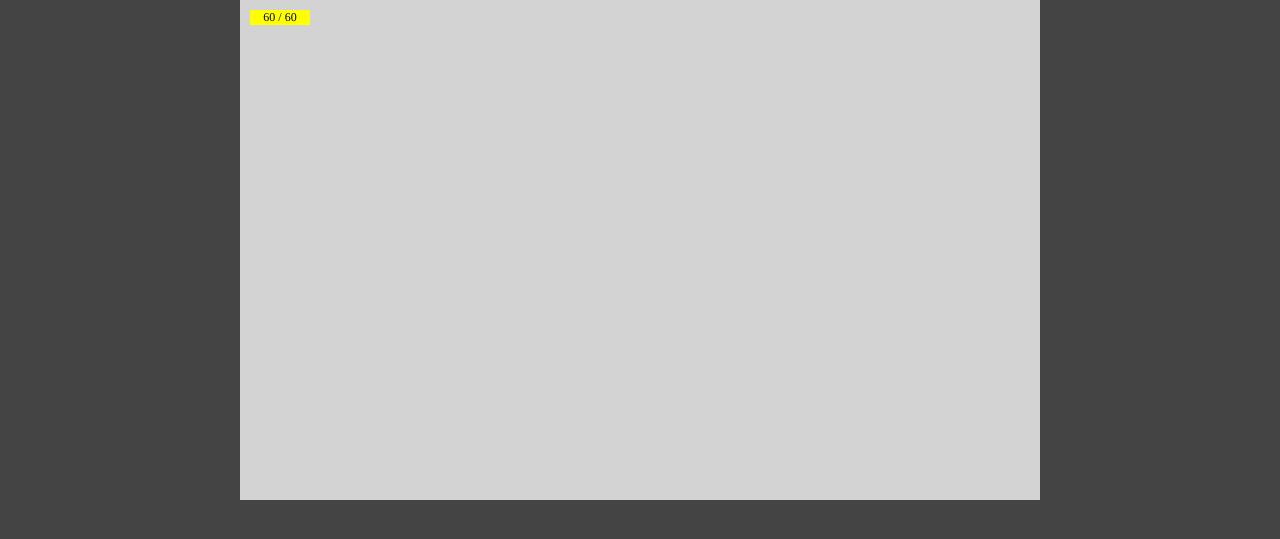
Repository: StevenZsombo/games
Page: docs/batteries/batteries.html
These files come from the project's save history. The page is drawn as it stood at one moment and after the next save; the edit follows.
The browser window is 1280 px wide. The pictures show the whole page.

Above is the page before, as saved 2025-07-04 08:39:17.

After the next save:
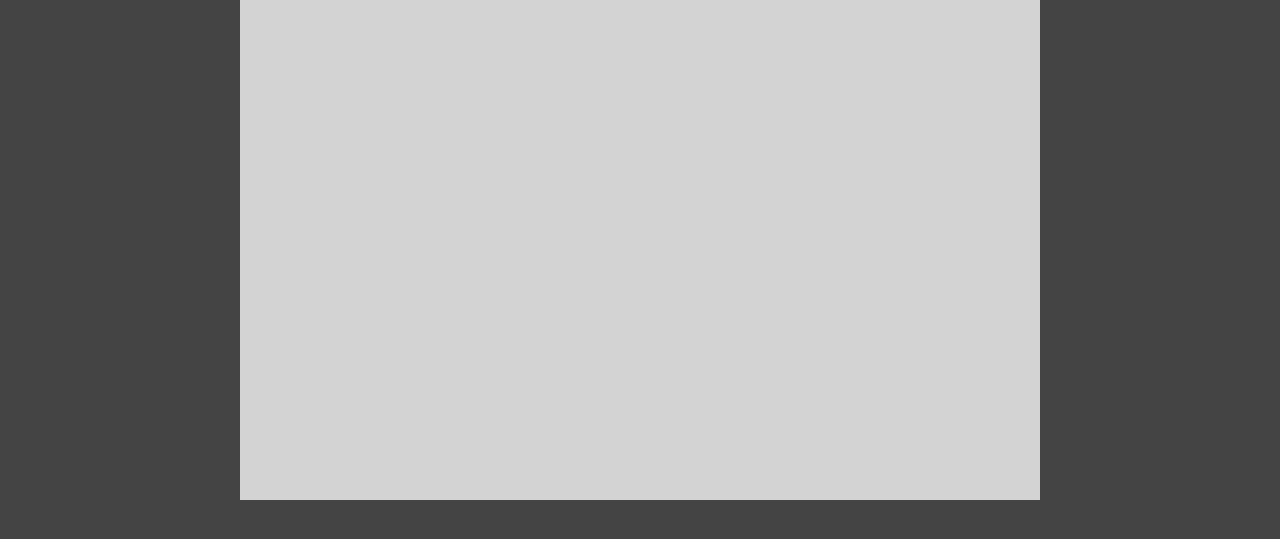
Console error: TypeError: Cannot read properties of undefined (reading 'check')
Saved 15 s later.
--- a/docs/batteries.js
+++ b/docs/batteries.js
@@ -71,7 +71,7 @@
         this.on_draw_extras = []
         this.extras = []
 
-        this.layers = Array(10).fill([])
+        this.layers = Array(10).fill().map(x => [])
         this.clickables = []
 
         this.add_clickable(this.framerate.button) //may be unwise
@@ -183,12 +183,22 @@
         setTimeout(x => game.screen.fillRect(0, 0, game.WIDTH, game.HEIGHT), 100)
 
     }
-    add_clickable(item, layer = 5) {
-        this.add_drawable(item, layer)
-        this.clickables.push(item)
-    }
-    add_drawable(item, layer = 5) {
-        this.layers[layer].push(item)
+    add_clickable(items, layer = 5) {
+        if (!Array.isArray(items)) {
+            items = [items]
+        }
+        for (const item of items) {
+            this.add_drawable(item, layer)
+            this.clickables.push(item)
+        }
+    }
+    add_drawable(items, layer = 5) {
+        if (!Array.isArray(items)) {
+            items = [items]
+        }
+        for (const item of items) {
+            this.layers[layer].push(item)
+        }
     }
 
 
@@ -223,6 +233,19 @@
     ///                                             INITIALIZE                                                       ///
     /// start initialize_more:::::::::::::::::::::::::::::::::::::::::::::::::::::::::::::::::::::::::::::::::::::::::::
     initialize_more() {
+        this.framerate.isRunning = false
+        this.clickables.length = 0
+        this.grid = this.rect.copy.
+            deflate(20, 10).
+            splitRow(3, 2, 10).
+            map(x => x.deflate(0, 5)).
+            map(x => Button.fromRect(x, { outline: 2 }))
+        this.add_clickable(this.grid[0])
+        this.grid[0].txt = "you ahve batteries"
+        this.batteries = this.grid[1].splitCol(...Array(12).fill(1)).map(Button.fromRect).forEach(b => {
+            b.deflate(5, 5)
+        })
+        this.add_clickable(this.batteries)
 
 
 
@@ -238,6 +261,8 @@
 
 
 
+
+
     }
     ///end update_more^^^^^^^^^^^^^^^^^^^^^^^^^^^^^^^^^^^^^^^^^^^^^^^^^^^^^^^^^^^^^^^^^^^^^^^^^^^^^^^^^^^^^^^^^^^^^^^^
     ///                                           ^^^^UPDATE^^^^                                                     ///
@@ -250,7 +275,6 @@
 
 
 
-
     }
     ///end draw_more^^^^^^^^^^^^^^^^^^^^^^^^^^^^^^^^^^^^^^^^^^^^^^^^^^^^^^^^^^^^^^^^^^^^^^^^^^^^^^^^^^^^^^^^^^^^^^^^^^
     ///                                            ^^^^DRAW^^^^                                                      ///

After the 2 saves that followed:
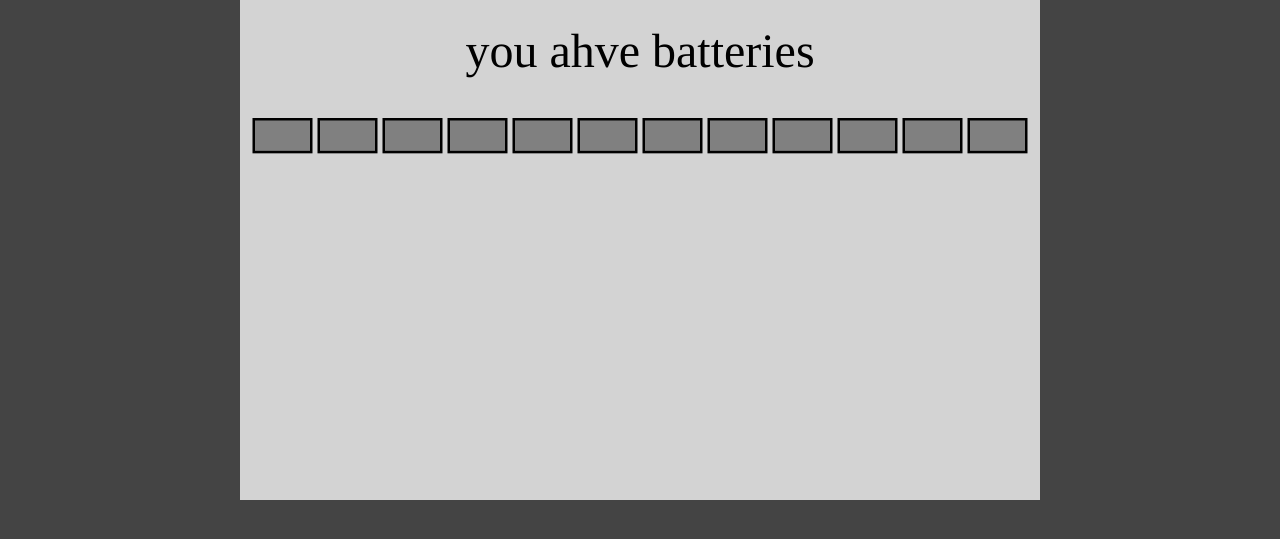
The error is gone.
The 2 saves are shown as one change because 1 left the picture as it was.
The last was saved 10 min 1 s later.
--- a/docs/gui.js
+++ b/docs/gui.js
@@ -1,7 +1,6 @@
 class Framerater {
 	constructor(isRunning = true) {
-		this.measuredTimeInterval = 250
-		//for now lock at 500, should be 30 or so or even less
+		this.measuredTimeInterval = 1000
 		this.timeStamps = []
 		this.fps = 0.1
 		this.tickrate = 0.1
--- a/docs/batteries.js
+++ b/docs/batteries.js
@@ -1,6 +1,7 @@
 //should import scripts.js
 const framerateUnlocked = false
 const denybuttons = false
+const showFramerate = false
 
 window.onload = function () {
     let canvas = document.getElementById("myCanvas")
@@ -63,7 +64,7 @@
 
         this.mouser = new Mouser(canvas)
         this.keyboarder = new Keyboarder(denybuttons)
-        this.framerate = new Framerater(true)
+        this.framerate = new Framerater(showFramerate)
         this.framerateUnlocked = framerateUnlocked //redundant unless reused
         this.animator = new Animator()
 
@@ -74,7 +75,7 @@
         this.layers = Array(10).fill().map(x => [])
         this.clickables = []
 
-        this.add_clickable(this.framerate.button) //may be unwise
+        showFramerate && this.add_clickable(this.framerate.button)
 
 
         this.lastCycleTime = Date.now()
@@ -200,7 +201,10 @@
             this.layers[layer].push(item)
         }
     }
-
+    remove_clickable(item) {
+        this.clickables = this.clickables.filter(x => x !== item)
+        this.layers = this.layers.map(x => x.filter(y => y !== item))
+    }
 
     ////////////////////////////////////////////////////////////////////////////////////////////////////////////////////
     ////////////////////////////////////////////////////////////////////////////////////////////////////////////////////
@@ -233,17 +237,19 @@
     ///                                             INITIALIZE                                                       ///
     /// start initialize_more:::::::::::::::::::::::::::::::::::::::::::::::::::::::::::::::::::::::::::::::::::::::::::
     initialize_more() {
-        this.framerate.isRunning = false
-        this.clickables.length = 0
+
+
         this.grid = this.rect.copy.
             deflate(20, 10).
             splitRow(3, 2, 10).
             map(x => x.deflate(0, 5)).
-            map(x => Button.fromRect(x, { outline: 2 }))
+            map(x => Button.fromRect(x, { transparent: true }))
         this.add_clickable(this.grid[0])
         this.grid[0].txt = "you ahve batteries"
-        this.batteries = this.grid[1].splitCol(...Array(12).fill(1)).map(Button.fromRect).forEach(b => {
-            b.deflate(5, 5)
+        this.batteries = this.grid[1].splitCol(...Array(12).fill(1)).map(Button.fromRect).map(b => {
+            b.deflate(10, 30)
+
+            return b
         })
         this.add_clickable(this.batteries)
 
